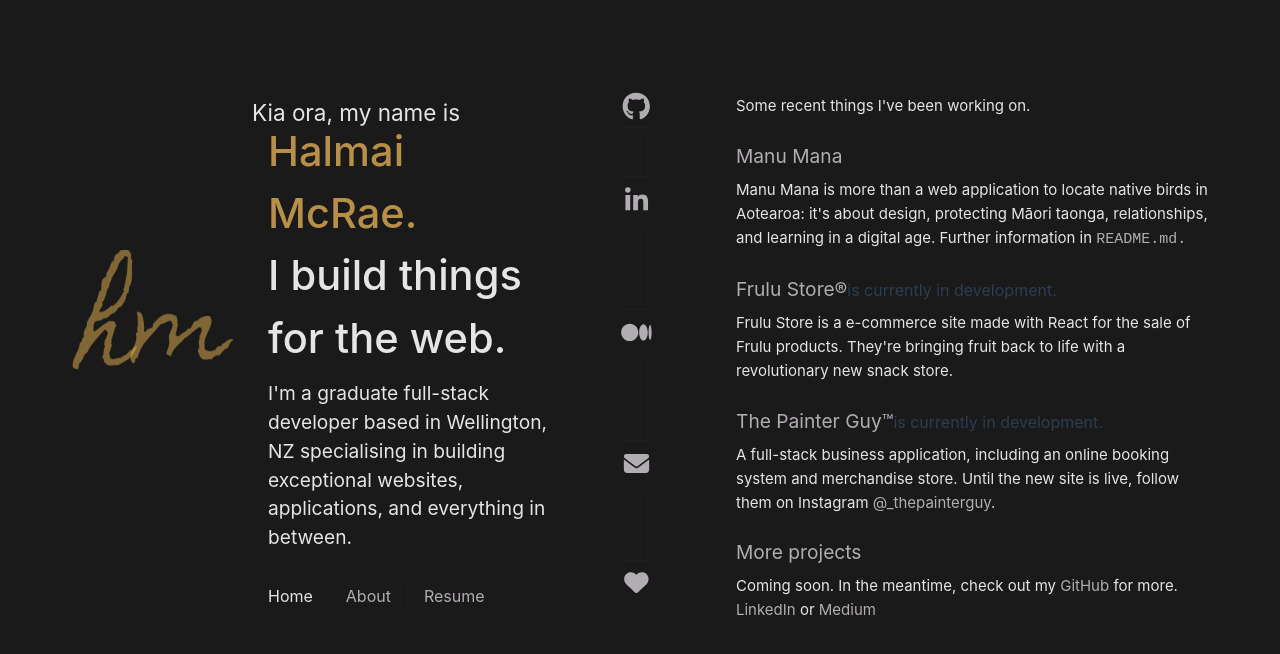
Repository: halmai-mcrae/halmai-vue-portfolio
Page: /
An editor plug-in stored every save of this project. The page is shown before and after the next save, followed by the edit.
The browser window is 1280 px wide. The pictures show the whole page.
The project was rebuilt for these pictures with package versions that can differ from the ones it lists, and the page was loaded fresh each time. Also part of the build but not shown: vite.config.ts.

Above is the page before, as saved 2022-09-07 21:16:11.

### index.html
<!DOCTYPE html>
<html lang="en">
  <head>
    <meta charset="UTF-8" />
    <link rel="icon" href="public/favicon.ico" />
    <link rel="apple-touch-icon" sizes="180x180" href="/apple-touch-icon.png">
    <link rel="icon" type="image/png" sizes="32x32" href="/favicon-32x32.png">
    <link rel="icon" type="image/png" sizes="16x16" href="/favicon-16x16.png">
    <link rel="manifest" href="/site.webmanifest">
    <meta name="viewport" content="width=device-width, initial-scale=1.0" />
    <title>Halmai McRae</title>
  </head>
  <body>
    <div id="app"></div>
    <script type="module" src="/src/main.ts"></script>
  </body>
</html>

### src/App.vue
<script setup lang="ts">
import { RouterLink, RouterView } from "vue-router";
import HelloWorld from "@/components/HelloWorld.vue";
</script>

<template>
  <header>
    <img
      alt="hm script"
      class="logo"
      src="@/assets/hmlogo.png"
      width="180"
      height="220"
    />

    <div class="wrapper">
      <HelloWorld msg="Halmai McRae" />

      <nav class="nav">
        <RouterLink to="/">Home</RouterLink>
        <RouterLink to="/about">About</RouterLink>
      <a href="/Halmai_McRae_Resume.pdf" target="_blank">
        Resume
      </a>
      </nav>

      <nav class="nav-hidden">
        <a href="https://github.com/halmai-mcrae">
          <font-awesome-icon icon="fa-brands fa-github" transform="grow-14 down-2"/>
        </a>
        <a href="https://www.linkedin.com/in/halmai-mcrae/">
          <font-awesome-icon icon="fa-brands fa-linkedin-in" transform="grow-12 down-2"/>
        </a>
        <a href="https://medium.com/@halmaimcrae">
          <font-awesome-icon icon="fa-brands fa-medium" transform="grow-10 down-2"/>
        </a>
        <a href="mailto: hello@halmaimcrae.co.nz">
          <font-awesome-icon icon="fa-solid fa-envelope" transform="grow-11 down-1"/>
        </a>
    <RouterLink to="/interests">
      <font-awesome-icon icon="fa-solid fa-heart" fixed-width transform="grow-10 down-1"/>
      </RouterLink>
      </nav>

    </div>
  </header>

  <RouterView />
</template>

<style>
@import "@/assets/base.css";

#app {
  max-width: 1200px;
  margin: 0 auto;
  padding: 2rem;
  font-weight: normal;
}

header {
  line-height: 1.5;
  max-height: 100vh;
}

.logo {
  display: block;
  margin: 0 auto 2rem;
}

a,
.green {
  text-decoration: none;
  color:  #B2ADB3;
  transition: 0.4s;
}

.nav-hidden {
    display: none;
  }

@media (hover: hover) {
  a:hover {
    background-color: transparent;
  }
}

nav {
  width: 100%;
  max-width: none;
  font-size: 12px;
  text-align: center;
  margin-top: 2rem;
}

nav a.router-link-exact-active {
  color: #e5e6e4;
}

nav a.router-link-exact-active:hover {
  background-color: transparent;
}

nav a {
  display: inline-block;
  padding: 0 1rem;
  border-left: 1px solid var(--color-border);
}

nav a:first-of-type {
  border: 0;
}

@media (min-width: 1024px) {
  body {
    display: flex;
    place-items: center;
  }

  #app {
    display: grid;
    grid-template-columns: 1fr 1fr;
    padding: 0 2rem;
  }

  header {
    display: flex;
    place-items: center;
    padding-right: calc(var(--section-gap) / 2);
  }

  header .wrapper {
    display: flex;
    place-items: flex-start;
    flex-wrap: wrap;
  }

  .logo {
    margin: 0 1rem 0 0;
  }

  nav {
    text-align: left;
    margin-left: -1rem;
    font-size: 1rem;

    padding: 1rem 0;
    margin-top: 1rem;
  }
}
@media (max-width: 1024px) {
  nav {
    font-size: 2.5vh;
  }
  .nav-hidden {
    display: block;
    margin-bottom: 2rem;
    padding: 10px;
  }

  .nav-hidden :hover {
    background-color: transparent;
  }

  @media (max-width: 495px) {
  body {
    text-align: left !important;
  }

  /* .logo {
    margin-top: 1.5rem;
    margin-bottom: -25px
  } */
}
}
</style>

### src/router/index.ts
import { createRouter, createWebHistory } from "vue-router";
import HomeView from "../views/HomeView.vue";

const router = createRouter({
  history: createWebHistory(import.meta.env.BASE_URL),
  routes: [
    {
      path: "/",
      name: "home",
      component: HomeView,
    },
    {
      path: "/about",
      name: "about",
      // route level code-splitting
      // this generates a separate chunk (About.[hash].js) for this route
      // which is lazy-loaded when the route is visited.
      component: () => import("../views/AboutView.vue"),
    },
    {
      path: "/interests",
      name: "interests",
      component: () => import("../views/InterestsView.vue"),
    },
  ],
});

export default router;

### src/assets/base.css
/* color palette from <https://github.com/vuejs/theme> */

:root {
  --vt-c-white: #ffffff;
  --vt-c-white-soft: #f8f8f8;
  --vt-c-white-mute: #f2f2f2;

  --vt-c-black: #181818;
  --vt-c-black-soft: #222222;
  --vt-c-black-mute: #282828;

  --vt-c-indigo: #2c3e50;

  --vt-c-divider-light-1: rgba(60, 60, 60, 0.29);
  --vt-c-divider-light-2: rgba(60, 60, 60, 0.12);
  --vt-c-divider-dark-1: rgba(84, 84, 84, 0.65);
  --vt-c-divider-dark-2: rgba(84, 84, 84, 0.48);

  --vt-c-text-light-1: var(--vt-c-indigo);
  --vt-c-text-light-2: rgba(60, 60, 60, 0.66);
  --vt-c-text-dark-1: var(--vt-c-white);
  --vt-c-text-dark-2: rgba(235, 235, 235, 0.64);
}

/* semantic color variables for this project */
:root {
  --color-background: var(--vt-c-white);
  --color-background-soft: var(--vt-c-white-soft);
  --color-background-mute: var(--vt-c-white-mute);

  --color-border: var(--vt-c-divider-light-2);
  --color-border-hover: var(--vt-c-divider-light-1);

  --color-heading: var(--vt-c-text-light-1);
  --color-text: var(--vt-c-text-light-1);

  --section-gap: 160px;
}

@media (prefers-color-scheme: dark) {
  :root {
    --color-background: var(--vt-c-black);
    --color-background-soft: var(--vt-c-black-soft);
    --color-background-mute: var(--vt-c-black-mute);

    --color-border: var(--vt-c-divider-dark-2);
    --color-border-hover: var(--vt-c-divider-dark-1);

    --color-heading: var(--vt-c-text-dark-1);
    --color-text: var(--vt-c-text-dark-2);
  }
}

*,
*::before,
*::after {
  box-sizing: border-box;
  margin: 0;
  position: relative;
  font-weight: normal;
}

body {
  min-height: 100vh;
  color: #e5e6e4;
  background: #1a1a1a;
  transition: color 0.5s, background-color 0.5s;
  line-height: 1.6;
  font-family: Inter, -apple-system, BlinkMacSystemFont, 'Segoe UI', Roboto, Oxygen, Ubuntu,
    Cantarell, 'Fira Sans', 'Droid Sans', 'Helvetica Neue', sans-serif;
  font-size: 15px;
  text-rendering: optimizeLegibility;
  -webkit-font-smoothing: antialiased;
  -moz-osx-font-smoothing: grayscale;
}

### src/components/HelloWorld.vue
<script setup lang="ts">
defineProps<{
  msg: string;
}>();
</script>

<template>
  <div class="greetings">
    <h2>Kia ora, my name is</h2>
    <h1 class="green">{{ msg }}.</h1>
    <h1 class="sub">I build things for the web.</h1>
    <h3>
      I'm a graduate full-stack developer based in Wellington, NZ specialising in
      building exceptional websites, applications, and everything in between.
    </h3>
  </div>
</template>

<style scoped>
h1 {
  font-weight: 500;
  font-size: 2.6rem;
  top: -10px;
  color: #B88F48;
}

h3 {
  font-size: 1.2rem;
}

.greetings h1,
.greetings h3 {
  text-align: center;
}
.sub {
  color: #e5e6e4;
}

@media (min-width: 1024px) {
  .greetings h1,
  .greetings h3 {
    text-align: left;
  }
  .greetings h2 {
    margin-left: -1rem;
  }
}
</style>

### src/components/TheWelcome.vue
<script setup lang="ts">
import WelcomeItem from './WelcomeItem.vue'
import {
  RouterLink,
  RouterView,
} from 'vue-router'
</script>

<template>
  <WelcomeItem>
    <template #icon>
      <a href="https://github.com/halmai-mcrae">
        <font-awesome-icon
          icon="fa-brands fa-github"
          transform="grow-14 down-2"
        />
      </a>
    </template>
    Some recent things I've been working on.
  </WelcomeItem>

  <WelcomeItem>
    <template #icon>
      <a
        href="https://www.linkedin.com/in/halmai-mcrae/"
        ><font-awesome-icon
          icon="fa-brands fa-linkedin-in"
          transform="grow-12 down-2"
      /></a>
    </template>
    <template #heading
      ><a href="https://manu-mana.herokuapp.com/"
        >Manu Mana</a
      >
    </template>
    Manu Mana is more than a web application to locate native birds in Aotearoa: it's about
    design, protecting Māori taonga,
    relationships, and learning in a digital age. Further information in
    <a
      href="https://github.com/halmai-mcrae/Manu-Mana#readme"
      ><code>README.md.</code></a
    >
  </WelcomeItem>

  <WelcomeItem>
    <template #icon>
      <a href="https://medium.com/@halmaimcrae">
        <font-awesome-icon
          icon="fa-brands fa-medium"
          transform="grow-10 down-2"
        />
      </a>
    </template>

    <template #heading
      ><a href="/">Frulu Store®</a>
      <small>is currently in development.</small>
    </template>
    Frulu Store is a e-commerce site made with
    React for the sale of Frulu products. They're
    bringing fruit back to life with a
    revolutionary new snack store.
  </WelcomeItem>

  <WelcomeItem>
    <template #icon>
      <a href="mailto: hello@halmaimcrae.co.nz">
        <font-awesome-icon
          icon="fa-solid fa-envelope"
          transform="grow-11 down-1"
        />
      </a>
    </template>
    <template #heading
      ><a href="/">The Painter Guy™</a>
      <small>is currently in development.</small>
    </template>
    A full-stack business application, including
    an online booking system and merchandise
    store. Until the new site is live,
    follow them on Instagram
    <a
      href="https://www.instagram.com/_thepainterguy/"
      >@_thepainterguy</a
    >.
  </WelcomeItem>

  <WelcomeItem>
    <template #icon>
      <RouterLink to="/interests"
        ><font-awesome-icon
          icon="fa-solid fa-heart"
          fixed-width
          transform="grow-10 down-1"
        />
      </RouterLink>
      <RouterView />
    </template>
    <template #heading
      ><a href="/">More projects</a></template
    >
    Coming soon. In the meantime, check out my
    <a href="https://github.com/halmai-mcrae"
      >GitHub</a
    > for more.
    <a
      href="https://www.linkedin.com/in/halmai-mcrae/"
      >LinkedIn</a
    >
    or
    <a href="https://medium.com/@halmaimcrae"
      >Medium</a
    >

  </WelcomeItem>
</template>

Loaded but not shown: src/main.ts (common file); src/views/HomeView.vue (common file); src/components/WelcomeItem.vue (common file)

After the next save:
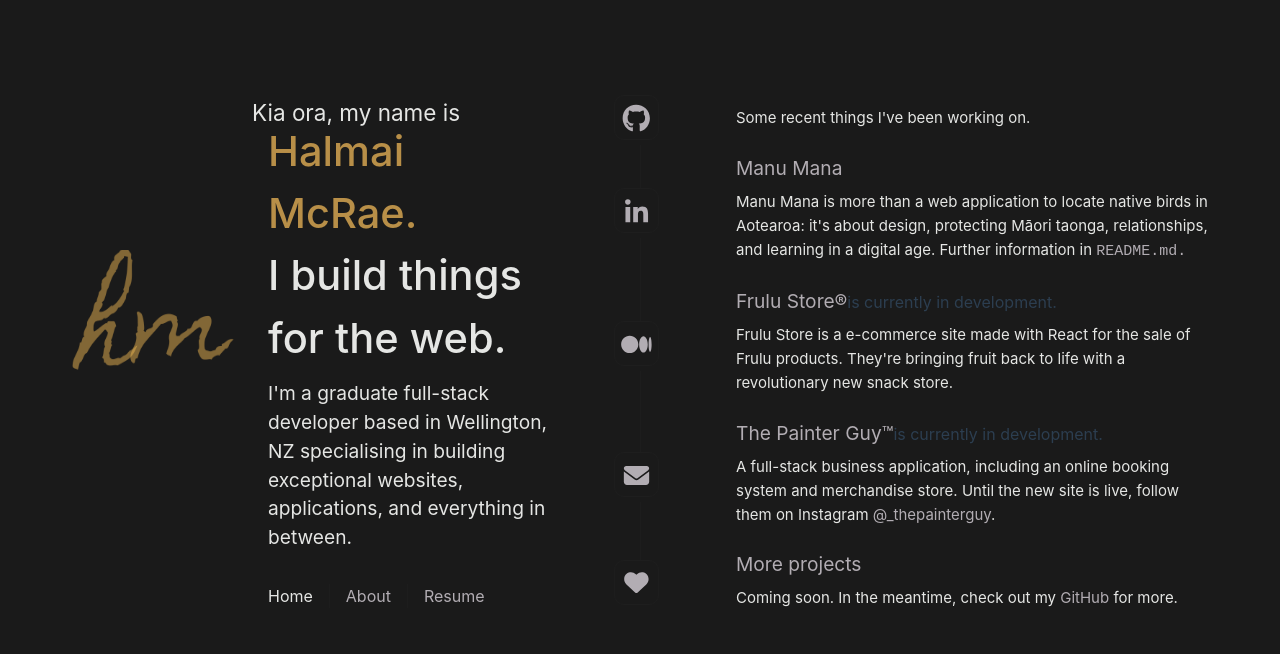
Saved 29 s later.
--- a/src/components/TheWelcome.vue
+++ b/src/components/TheWelcome.vue
@@ -103,14 +103,5 @@
     <a href="https://github.com/halmai-mcrae"
       >GitHub</a
     > for more.
-    <a
-      href="https://www.linkedin.com/in/halmai-mcrae/"
-      >LinkedIn</a
-    >
-    or
-    <a href="https://medium.com/@halmaimcrae"
-      >Medium</a
-    >
-
   </WelcomeItem>
 </template>
